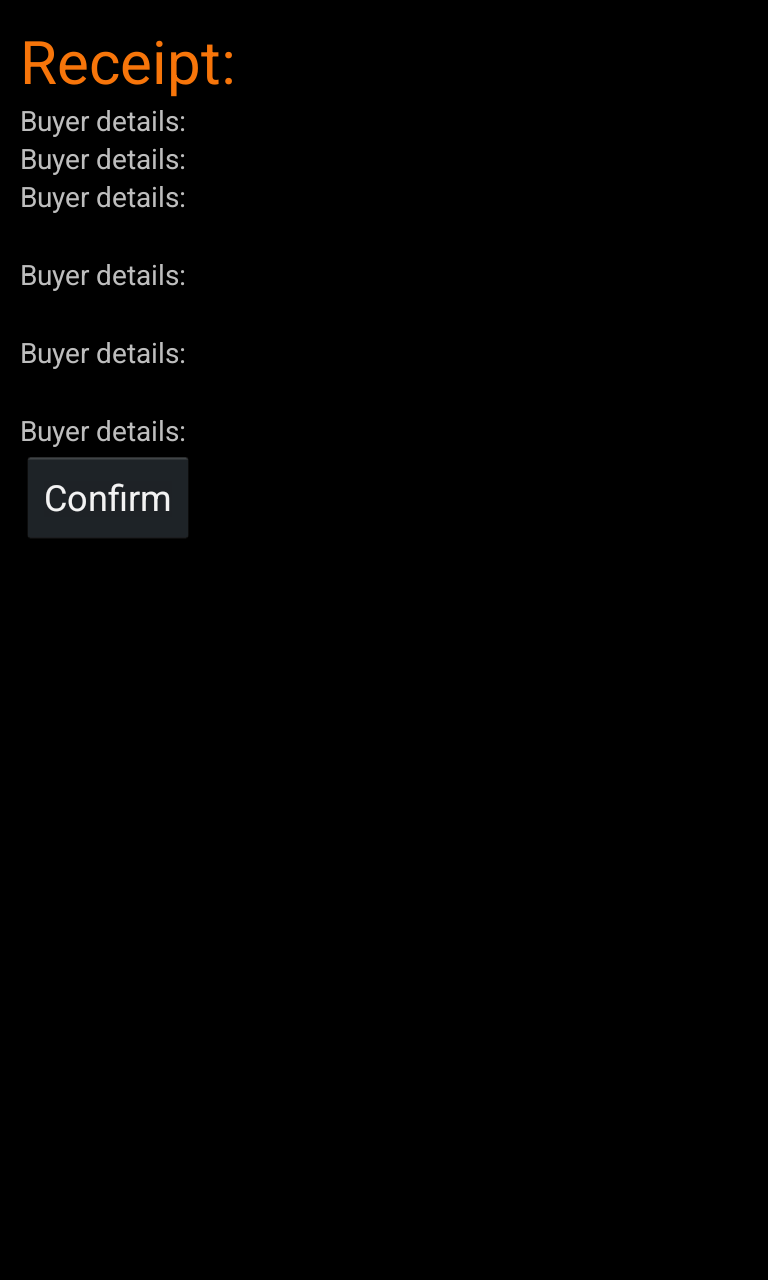
Repository: Adammdit/DT2283GUI
Layout: GunSmoke/res/layout/activity_receipt.xml
The author's editor kept a copy of each file at every save. The layout is drawn from the files as they stood at one save, then again after the next save.
It is drawn on a 768 x 1280 px phone screen (xhdpi) without system bars, with theme android:Theme.Holo; the app's code is not run.

Above is the layout before, as saved 2014-11-24 12:59:46.

### GunSmoke/res/layout/activity_receipt.xml

<LinearLayout xmlns:android="http://schemas.android.com/apk/res/android"
    xmlns:tools="http://schemas.android.com/tools"
    android:id="@+id/LinearLayout1"
    android:layout_width="fill_parent"
    android:layout_height="fill_parent"
    android:paddingBottom="10dp"
    android:paddingLeft="10dp"
    android:paddingRight="10dp"
    android:paddingTop="10dp"
    android:orientation="vertical" >

    <TextView
        android:layout_width="wrap_content"
        android:layout_height="wrap_content"
        android:textColor="#F7750A"
        android:text="Receipt:"
        android:textSize="30sp" />

    <TextView
        android:id="@+id/receiptName"
        android:layout_width="wrap_content"
        android:layout_height="wrap_content"
        android:text="@string/buyerDetails" />
    <TextView
        android:id="@+id/receiptLicence"
        android:layout_width="wrap_content"
        android:layout_height="wrap_content"
        android:text="@string/buyerDetails" />

    <TextView
        android:id="@+id/receiptEmail"
        android:layout_width="wrap_content"
        android:layout_height="wrap_content"
        android:text="@string/buyerDetails" />

    <TextView
        android:id="@+id/soldItems"
        android:layout_width="wrap_content"
        android:layout_height="wrap_content"
        android:layout_marginTop="20dp"
        android:text="@string/buyerDetails" />

    <TextView
        android:id="@+id/soldTotal"
        android:layout_width="wrap_content"
        android:layout_height="wrap_content"
        android:layout_marginTop="20dp"
        android:text="@string/buyerDetails" />

    <TextView
        android:id="@+id/vatTotal"
        android:layout_width="wrap_content"
        android:layout_height="wrap_content"
        android:layout_marginTop="20dp"
        android:text="@string/buyerDetails" />

    <Button
        android:id="@+id/confirm"
        android:layout_width="wrap_content"
        android:layout_height="wrap_content"
        android:layout_marginBottom="120dp"
        android:text="Confirm" />

</LinearLayout>

### GunSmoke/res/values/strings.xml
<?xml version="1.0" encoding="utf-8"?>
<resources>

    <string name="app_name">GunSmoke</string>
    <string name="title">Details form:</string>
    <string name="mainLabel">Main list</string>
    <string name="nameLabel">NAME : </string>
    <string name="licenceLabel">LICENCE NO : </string>
    <string name="ageLabel">AGE : </string>
    <string name="emailLabel">EMAIL : </string>
    <string name="budgetLabel">BUDGET : </string>
    <string name="female">Female</string>
    <string name="male">Male</string>
    <string name="buttonLabel">Continue</string>
    <string name="title_activity_splash_screen">SplashScreen</string>
    <string name="splash_info">All prices excludes vat = 21%</string>
    <string name="title_activity_details_form">DetailsForm</string>
    <string name="budgetHint">Enter available budget</string>
    <string name="emailHint">Enter your email address</string>
    <string name="ageHint">Enter your age</string>
    <string name="formInfo">Please register first :</string>
    <string name="nameHint">Enter your name</string>
    <string name="title_activity_receipt">Receipt</string>
    <string name="buyerDetails">Buyer details:</string>
    <string name="licenceHint">Enter licence no</string>

    <!-- List of job titles -->
    <string-array name="jobTitles">
        <item>Select your job</item>
        <item>Accountancy, banking and finance</item>
        <item>Animal and plant resources</item>
        <item>Advertising, marketing and PR</item>
        <item>Business, consulting and management</item>
        <item>Charity and voluntary work</item>
        <item>Creative arts and design</item>
        <item>Education</item>
        <item>Engineering, manufacturing and production</item>
        <item>Healthcare</item>
        <item>Human resources and employment</item>
        <item>Information services</item>
        <item>Information technology</item>
        <item>Insurance and pensions</item>
        <item>Law</item>
        <item>Leisure, sport and tourism</item>
        <item>Media and broadcasting</item>
        <item>Performing arts</item>
        <item>Publishing and journalism</item>
        <item>Scientific services</item>
        <item>Transport, logistics and distribution</item>
    </string-array>
    <!-- Melee weapones -->
    <string-array name="melee">
        <item>Knife</item>
        <item>Machete</item>
        <item>Maltador</item>
        <item>Galstead</item>
        <item>Throwing knife</item>
        <item>Ubuntu</item>
        <item>Windows7</item>
        <item>Max OS X</item>
        <item>Linux</item>
        <item>OS/2</item>
    </string-array>



</resources>

After the next save:
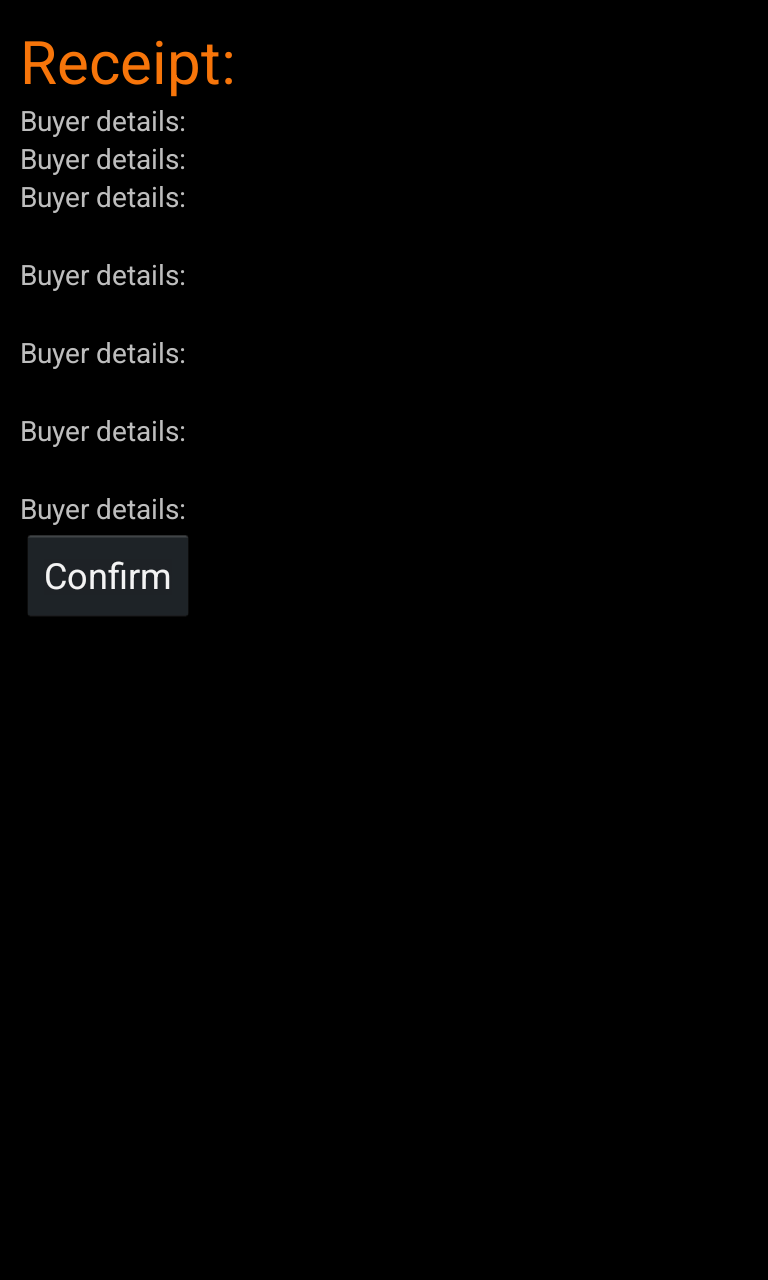
Saved 3 min 21 s later.
--- a/GunSmoke/res/layout/activity_receipt.xml
+++ b/GunSmoke/res/layout/activity_receipt.xml
@@ -55,6 +55,13 @@
         android:layout_marginTop="20dp"
         android:text="@string/buyerDetails" />
 
+    <TextView
+        android:id="@+id/total"
+        android:layout_width="wrap_content"
+        android:layout_height="wrap_content"
+        android:layout_marginTop="20dp"
+        android:text="@string/buyerDetails" />
+
     <Button
         android:id="@+id/confirm"
         android:layout_width="wrap_content"
